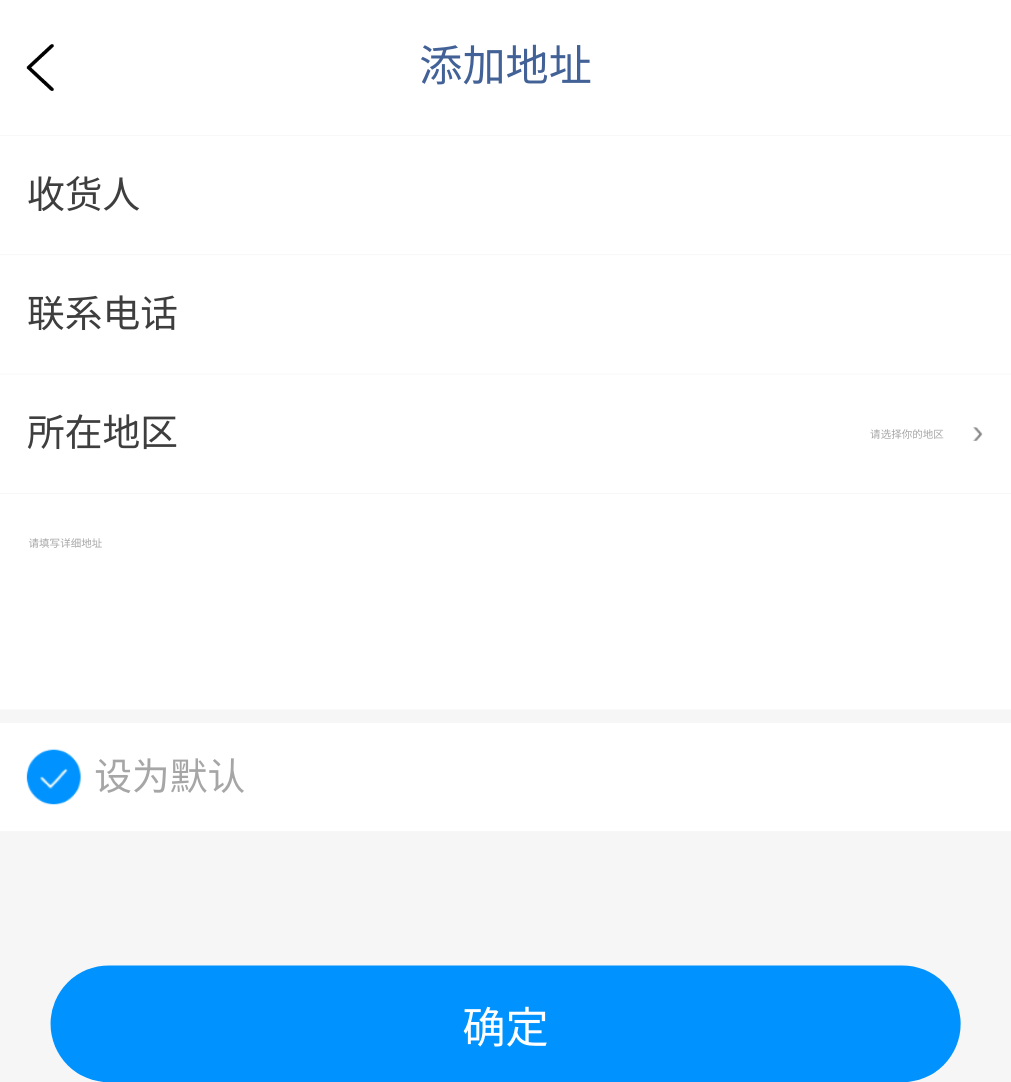
Repository: 421538074/sell
Page: consumer/manage-address.html
The author's editor kept a copy of each file at every save. The page is drawn from the files as they stood at one save, then again after the next save.
The browser window is 1280 px wide. The pictures show the whole page, at 79% of full size.

Above is the page before, as saved 2019-06-03 16:23:42.

### consumer/manage-address.html
<!DOCTYPE html>
<html lang="en">

<head>
    <meta charset="UTF-8">
    <meta name="viewport" content="width=device-width, initial-scale=1.0">
    <meta http-equiv="X-UA-Compatible" content="ie=edge">
    <title>地址管理</title>
    <link rel="stylesheet" href="../css/base.css">
    <link rel="stylesheet" href="css/common.css">
    <link rel="stylesheet" href="css/manage-address.css">
</head>

<body>
    <div id="app" class="content">
        <nav class="nav-bar-wrapper">
            <img @click="back" src="../img/back.png" class="back-icon">
            <p class="nav-bar-title">{{title}}</p>
        </nav>
        <ul class="address-wrapper">
            <li class="address-item">
                <label class="title">收货人</label>
                <input type="text" class="input-item">
            </li>
            <li class="address-item">
                <label class="title">联系电话</label>
                <input type="text" class="input-item">
            </li>
            <li class="address-item">
                <label class="title">所在地区</label>
                <input readonly placeholder="请选择你的地区" type="text" class="input-item arrow-right">
            </li>
            <li class="address-item">
                <textarea class="detail-address" placeholder="请填写详细地址"></textarea>
            </li>
        </ul>
        <p class="set-default-adderss">
            <img src="../img/checked.png" class="default-icon">
            <span class="set-default-title">设为默认</span>
        </p>
        <button class="confirm-add">
            确定
        </button>
    </div>
    <script src="../js/api.js"></script>
    <script src="../js/jquery.min.js"></script>
    <script src="../js/vue.js"></script>
    <script src="js/vue-mixin.js"></script>
    <script src="js/manage-address.js"></script>
</body>

</html>

### css/base.css
/* http://meyerweb.com/eric/tools/css/reset/
   v2.0 | 20110126
   License: none (public domain)
*/

html,
body,
div,
span,
applet,
object,
iframe,
h1,
h2,
h3,
h4,
h5,
h6,
p,
blockquote,
pre,
a,
abbr,
acronym,
address,
big,
cite,
code,
del,
dfn,
em,
img,
ins,
kbd,
q,
s,
samp,
small,
strike,
strong,
sub,
sup,
tt,
var,
b,
u,
i,
center,
dl,
dt,
dd,
ol,
ul,
li,
fieldset,
form,
label,
legend,
table,
caption,
tbody,
tfoot,
thead,
tr,
th,
td,
article,
aside,
canvas,
details,
embed,
figure,
figcaption,
footer,
header,
hgroup,
menu,
nav,
output,
ruby,
section,
summary,
time,
mark,
audio,
video {
    margin: 0;
    padding: 0;
    border: 0;
    font-size: 100%;
    font: inherit;
    vertical-align: baseline;
}

/* HTML5 display-role reset for older browsers */
article,
aside,
details,
figcaption,
figure,
footer,
header,
hgroup,
menu,
nav,
section {
    display: block;
}

body {
    line-height: 1;
}

ol,
ul {
    list-style: none;
}

blockquote,
q {
    quotes: none;
}

blockquote:before,
blockquote:after,
q:before,
q:after {
    content: '';
    content: none;
}

table {
    border-collapse: collapse;
    border-spacing: 0;
}


body,
html {
    font-size: calc(100vw / 37.5) !important;
    font-family: PingFangSC-Medium;
    background: #F2F2F2;
}


[v-cloak] {
    display: none;
}


hr {
    margin: 0;
    padding: 0;
}

.clearfix {
    zoom: 1;
}

.clearfix:after {
    content: ".";
    display: block;
    visibility: hidden;
    height: 0;
    clear: both;
}

[v-cloak] {
    display: none;
}

### consumer/css/common.css
*{
    box-sizing: border-box;
}
html,body{
    background: #f6f6f6;
}
html,body,div.content{
    height: 100%;
}
/*底部菜单栏*/
nav.tool-bar-wrapper {
    height: 5rem;
    background: #ffffff;
    display: flex;
    align-items: center;
    justify-content: space-around;
}
a.nav-item {
    color: #888888;
    text-decoration: none;
    font-size: 1.5rem;
    display: flex;
    flex-direction: column;
    align-items: center;
    justify-content: space-around;
    height: 90%;
}
a.nav-item.active{
    color: #0093FF;
}
img.nav-item-icon{
    width: 1.5rem;
    height: 1.5rem;
}
.ellipsis{
    overflow: hidden;
    white-space: nowrap;
    text-overflow: ellipsis;
}
/*顶部返回栏 */
nav.nav-bar-wrapper {
    background: #FFFFFF;
    height: 5rem;
    display: flex;
    align-items: center;
    justify-content: space-around;
    position: fixed;
    width: 100%;
    top: 0;
    z-index: 2;
    font-size: 1.6rem;
    color: #426196;
}
img.back-icon {
    position: absolute;
    width: 1rem;
    left: 1rem;
}

### consumer/css/manage-address.css
div.content{
    padding-top: 5rem;
}
ul.address-wrapper {
    background: #FFFFFF;
}
li.address-item {
    border-top: 1px solid #f6f6f6;
    padding: 1.5rem 1rem;
    display: flex;
    align-items: center;
    justify-content: space-between;
}
label.title {
    color: #3E3E3E;
    font-size: 1.4rem;
    width: 20%;
}
input.input-item {
    width: 80%;
    outline: 0;
    border: none;
}
input.arrow-right{
    text-align: right;
    padding-right: 1.5rem;
    background: url(../../img/arrow-right.png) no-repeat;
    background-size: 0.8rem;
    background-position: right center;
}
textarea.detail-address {
    width: 100%;
    height: 5rem;
    border: none;
    resize: none;
    outline: 0;
}
textarea::-webkit-input-placeholder,input::-webkit-input-placeholder {
    color: #A6A6A6;
}
p.set-default-adderss {
    background: #FFFFFF;
    margin-top: 0.5rem;
    display: flex;
    align-items: center;
}
img.default-icon {
    width: 2rem;
    height: auto;
}
span.set-default-title {
    color: #A6A6A6;
    font-size: 1.4rem;
    margin-left: 0.5rem;
}
p.set-default-adderss {
    background: #FFFFFF;
    margin-top: 0.5rem;
    display: flex;
    align-items: center;
    padding: 1rem;
}
button.confirm-add {
    background: #0093FF;
    border: none;
    outline: 0;
    color: #FFFFFF;
    width: 90%;
    display: block;
    margin: 1rem auto;
    padding: 1rem;
    border-radius: 10rem;
    font-size: 1.6rem;
    margin-top: 5rem;
}

### js/api.js
function getUrlKey(name) {
    return decodeURIComponent((new RegExp('[?|&]' + name + '=' + '([^&;]+?)(&|#|;|$)').exec(location.href) || [, ""])[1].replace(/\+/g, '%20')) || null;
}


// window.warn = {
//     alert: function alert(msg) {
//         var template = `
// `
//         $('body').append(template);
//         $('.alert-body').animate({
//             top: "40px"
//         }, 200);
//         // setTimeout(function () {
//         //     warn.close();
//         // }, 1500);
//     },
//     close: function close() {
//         $('.alert-body').animate({
//             top: "-280px"
//         }, 200);
//         setTimeout(function () {
//             $('#alert-msg').remove();
//         }, 200);
//     }
// };

### consumer/js/vue-mixin.js
Vue.mixin({
    methods: {
        /**
         * 返回
         */
        back() {
            history.go(-1);
        },
        /**
         * 限制长度
         * @param {String} 要限制长度的字段
         * @param {Number} 长度
         */
        limitLength(key, length) {
            this[key] = this[key].substring(0, length);
        },
        /**
         * 验证11位手机号
         * @param {Number} phone
         */
        validatePhone(phone) {
            const phoneReg = /^[1-9][0-9]{9}[0-9]$/;
            return phoneReg.test(phone);
        },
        /**
         * 发送手机验证码
         * @param {Number} waitTimeKey 等待时间键名
         * @param {String} tipsKey 发送验证码显示的信息的键名
         * @param {String} phoneKey 手机号键名
         * @param {String} reSendMsg  按钮默认显示的文字
         */
        sendCode(waitTimeKey, tipsKey, phoneKey, defaultMsg) {
            if (!this.validatePhone(this[phoneKey])) {
                alert('无效手机号!');
                return;
            }
            if (this[waitTimeKey] == 60) {
                $.post('', {
                        phone: this[phoneKey]
                    }, (res) => {
                        if (res.status == 1) {
                            const interval = setInterval(() => {
                                if (this[waitTimeKey] == 1) {
                                    this[waitTimeKey] = 60;
                                    this[tipsKey] = defaultMsg;
                                    clearInterval(interval);
                                    return;
                                }
                                this[waitTimeKey] -= 1;
                                this[tipsKey] = `${this[waitTimeKey]}s`;
                            }, 1000);
                        } else {
                            alert('发送失败!');
                        }
                    }, 'json')
                    .fail(err => {
                        alert('服务器异常!');
                    });
            }
        },
        /**
         * 链接跳转
         * @param {String} url
         */
        linkTo(url) {
            window.location.href = url;
        },
        /**
         * 获得URL参数
         */
        getParams() {
            var list = location.search.substring(1).split('&');
            var param = {};
            list.forEach(function (value) {
                var temp = value.split('=');
                param[temp[0]] = temp[1];
            });
            return param;
        }
    },
    filters: {

    }
})

### consumer/js/manage-address.js
new Vue({
    el: '#app',
    data() {
        return {
            title:''
        }
    },
    created() {
        if (this.getParams().type == 'edit') {
            this.title = '编辑地址';
        } else {
            this.title = '添加地址';
        }
    },
})

Loaded but not shown: js/jquery.min.js (library); js/vue.js (library)

After the next save:
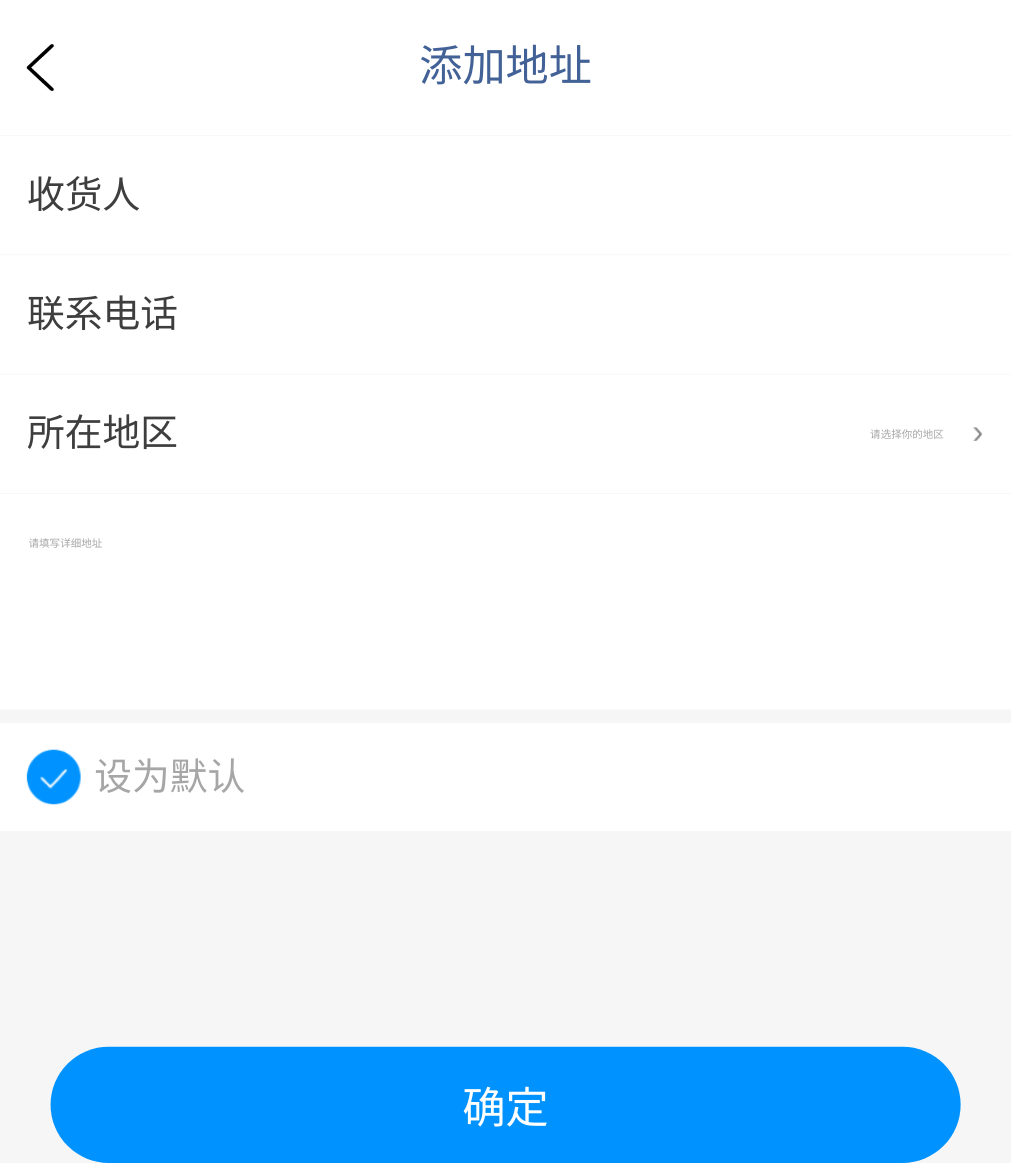
Saved 25 s later.
--- a/consumer/css/manage-address.css
+++ b/consumer/css/manage-address.css
@@ -71,5 +71,5 @@ button.confirm-add {
     padding: 1rem;
     border-radius: 10rem;
     font-size: 1.6rem;
-    margin-top: 5rem;
+    margin-top: 8rem;
 }
